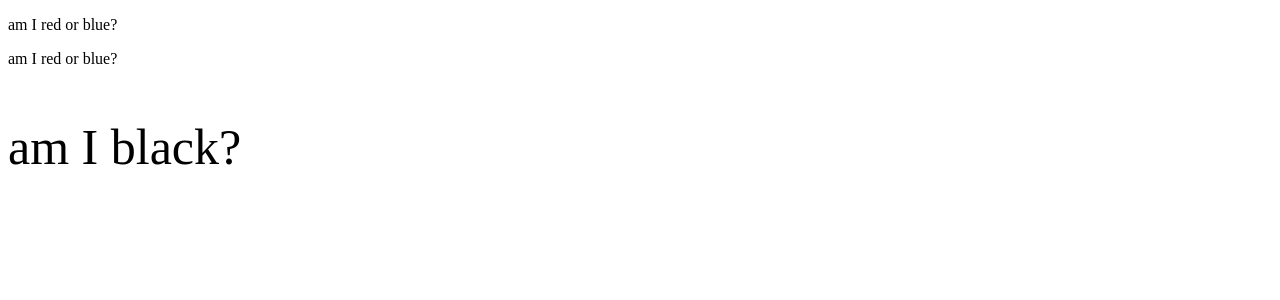
Repository: Seonhanbit/dev
Page: work_frontend/CSSEx/WebContent/01basics/01.usingcss.html
The author's editor kept a copy of each file at every save. The page is drawn from the files as they stood at one save, then again after the next save.
The browser window is 1280 px wide. The pictures show the whole page.

Above is the page before, as saved 2019-08-27 00:44:07.

After the next save:
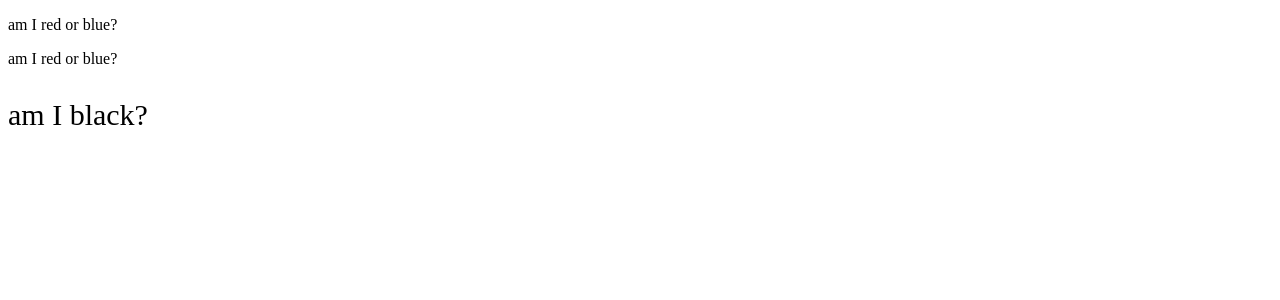
Saved 11 s later.
--- a/work_frontend/CSSEx/WebContent/01basics/01.usingcss.html
+++ b/work_frontend/CSSEx/WebContent/01basics/01.usingcss.html
@@ -7,6 +7,6 @@
 <body>
 	<p id="aaa" class="ccc">am I red or blue?</p>
 	<p  class="ccc">am I red or blue?</p>
-	<p style="color: black; font-size: 50px;">am I black?</p>
+	<p style="color: black; font-size: 30px;">am I black?</p>
 </body>
 </html>
